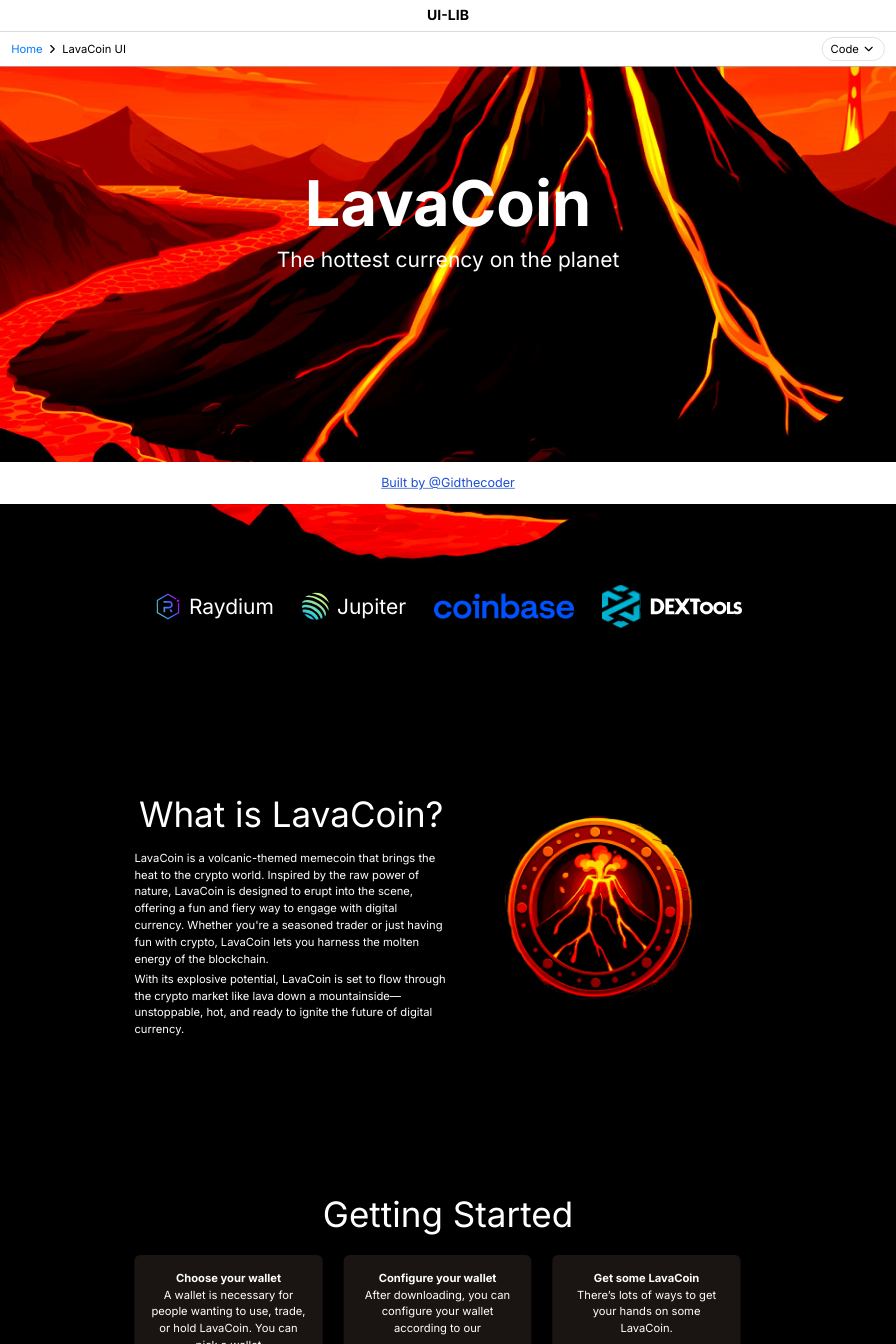
Repository: asadullah48/ui-library
Page: /lavacoin
An editor plug-in stored every save of this project. The page is shown before and after the next save, followed by the edit.
The browser window is 1280 px wide. The pictures show the part of the page from y = 0 to 1920 px (the page is 2802 px tall), at 70% of full size.
The project was rebuilt for these pictures with package versions that can differ from the ones it lists, and the page was loaded fresh each time. The framework's server and built-in components were replaced by stand-ins that run in the browser. Also part of the build but not shown: next.config.mjs, src/app/code_block/lavacoin.ts.

Above is the page before, as saved 2025-01-15 10:36:24.

After the next save:
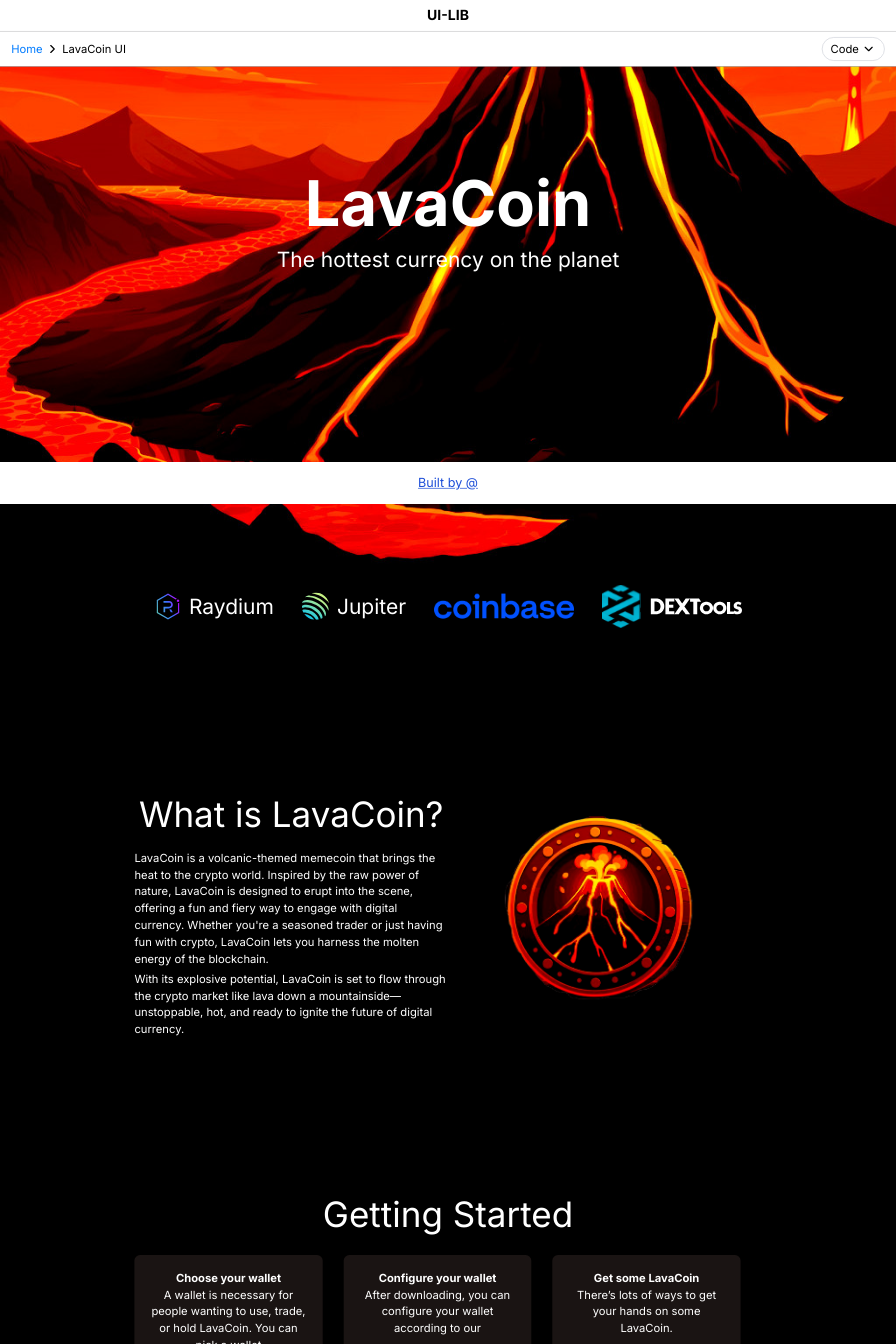
Saved 11 min 47 s later.
--- a/src/app/components/Footer.tsx
+++ b/src/app/components/Footer.tsx
@@ -6,7 +6,7 @@
           target="_blank"
           className="text-blue-700 text-lg underline"
         >
-          Built by @Gidthecoder
+          Built by @
         </a>
       </footer>
     )
